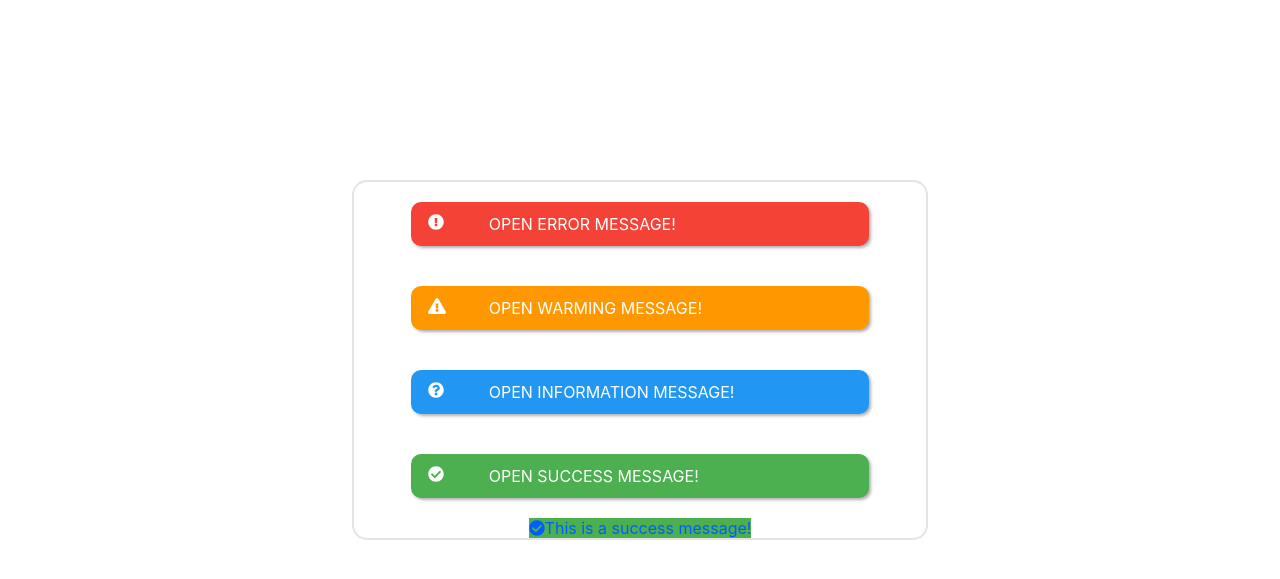
Repository: KrzysKolo/sr_tydzien5_zad2
Page: /, after clicking the first element matching `div.wrapper--btn > :nth-child(4)`
An editor plug-in stored every save of this project. The page is shown before and after the next save, followed by the edit.
The browser window is 1280 px wide. The pictures show the whole page.
The project was rebuilt for these pictures with package versions that can differ from the ones it lists, and the page was loaded fresh each time.

Above is the page before, as saved 2020-12-28 03:38:43.

After the next save:
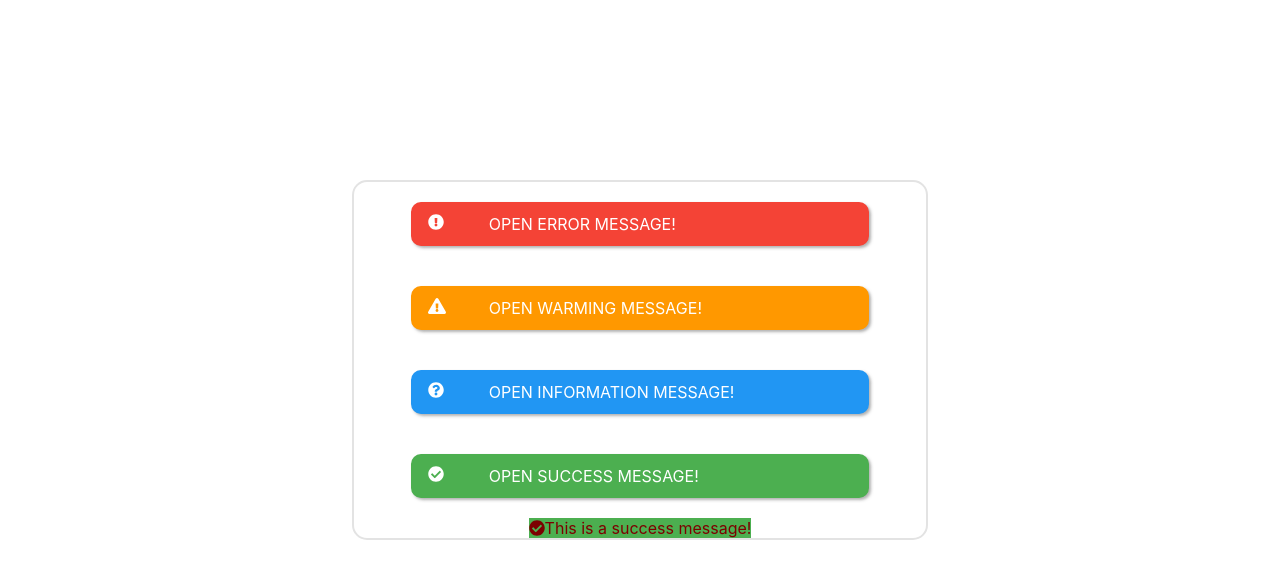
Saved 53 s later.
--- a/src/App.css
+++ b/src/App.css
@@ -39,7 +39,7 @@ body {
 }
 
 .success {
-  color: rgb(0, 93, 255);
+  color: rgb(124, 0, 0);
   background: rgb(76, 175, 80);
 }
 .information {
